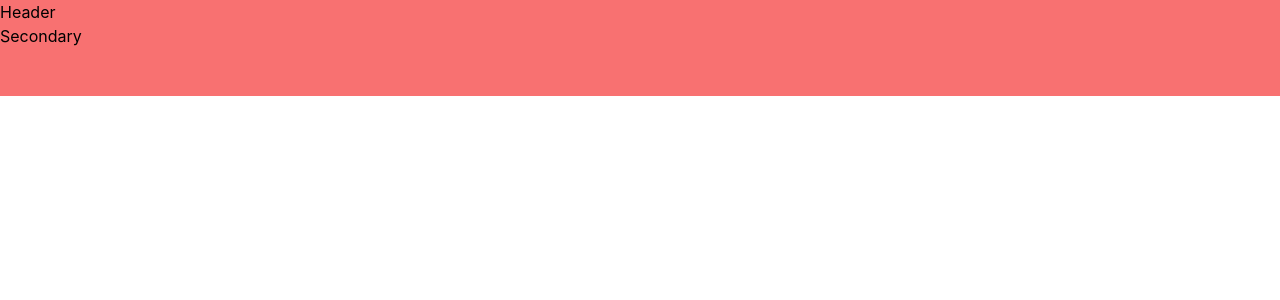
Repository: Sushant203/react-training-
Page: /
An editor plug-in stored every save of this project. The page is shown before and after the next save, followed by the edit.
The browser window is 1280 px wide. The pictures show the whole page.
The project was rebuilt for these pictures with package versions that can differ from the ones it lists, and the page was loaded fresh each time. Also part of the build but not shown: src/App.css, src/components/LowerNav.jsx, src/components/UpperNav.jsx.

Above is the page before, as saved 2022-12-19 09:19:44.

### src/App.js

import './App.css';
import LowerNav from './components/LowerNav';
import UpperNav from './components/UpperNav';
import Layout from './Hoc/Layout/Layout'

function App() {
  return (
    <div>
     <Layout />
    </div>
  );
}

export default App;

### src/Hoc/Layout/Layout.jsx
import React from "react";
import Toolbar from "../../components/Naviagtion/Toolbar/index";

function Layout() {
  return (
    <div>
      {/* toolbar */}
      <Toolbar />
    </div>
  );
}

export default Layout;

### src/components/Naviagtion/Toolbar/index.jsx
import React from "react";
import Header from "./header";
import Secondary from "./Secondary";

function Index() {
  return (
    <div className="h-24 bg-red-400 w-screen">
      <Header />
      <Secondary />
    </div>
  );
}

export default Index;

### src/components/Naviagtion/Toolbar/Secondary.jsx
import React from "react";

function Secondary() {
  return <div>Secondary</div>;
}

export default Secondary;

Loaded but not shown: public/index.html (common file); src/index.js (common file); src/index.css (common file); src/reportWebVitals.js (common file); src/components/Naviagtion/Toolbar/header.jsx (common file); tailwind.config.js (common file)

After the next save:
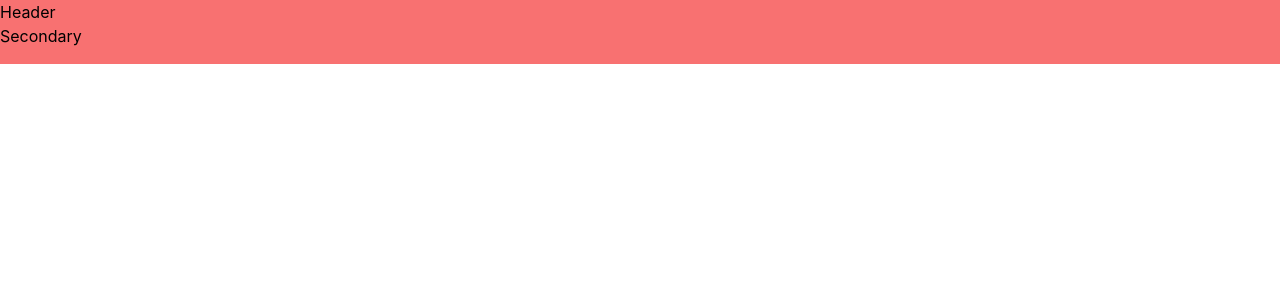
Saved 18 s later.
--- a/src/components/Naviagtion/Toolbar/index.jsx
+++ b/src/components/Naviagtion/Toolbar/index.jsx
@@ -4,7 +4,7 @@ import Secondary from "./Secondary";
 
 function Index() {
   return (
-    <div className="h-24 bg-red-400 w-screen">
+    <div className="h-16 bg-red-400 w-screen">
       <Header />
       <Secondary />
     </div>
